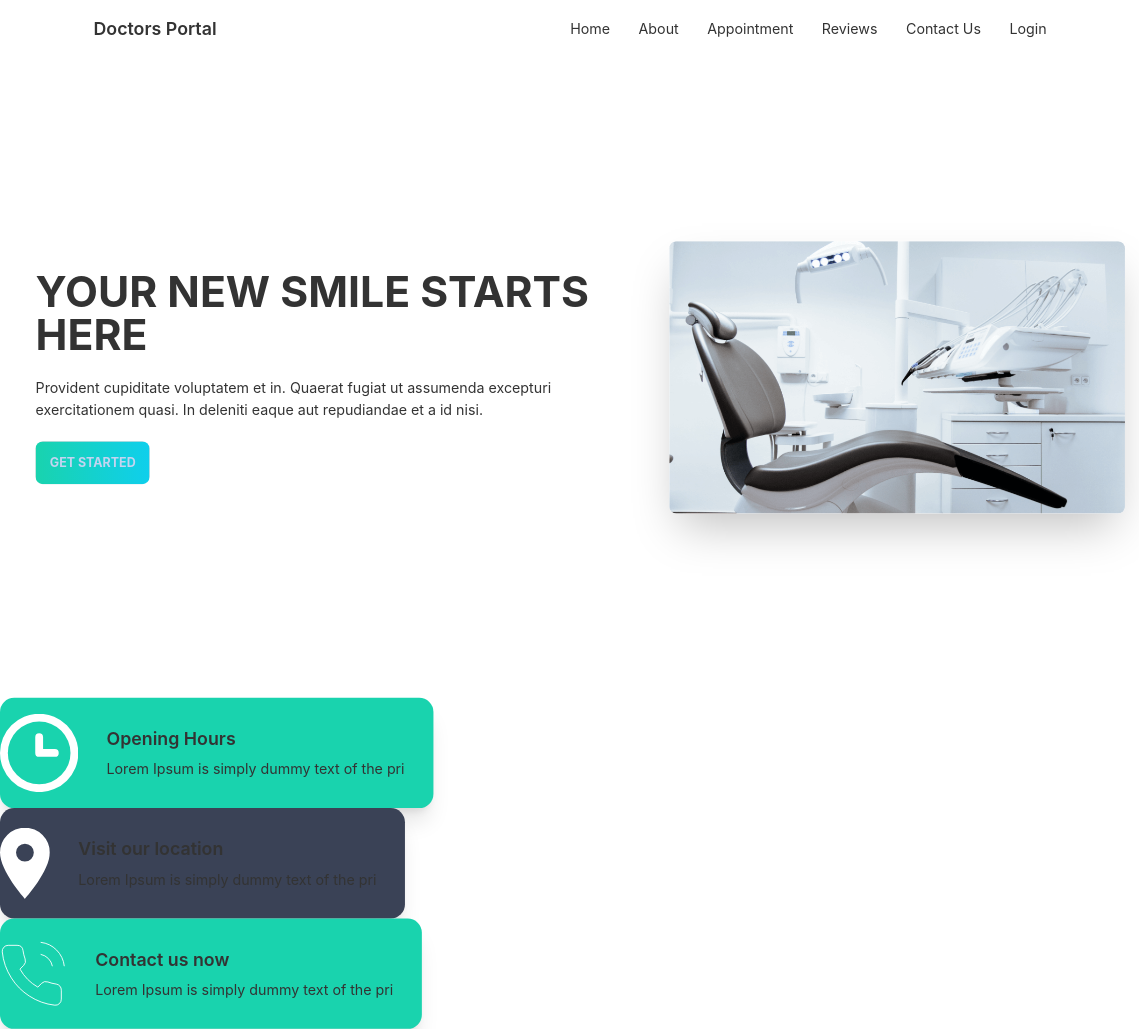
Repository: shikubro90/doctorsportal
Page: /
These files come from the project's save history. The page is drawn as it stood at one moment and after a run of saves; the edit follows.
The browser window is 1280 px wide. The pictures show the whole page, at 89% of full size.
The project was rebuilt for these pictures with package versions that can differ from the ones it lists, and the page was loaded fresh each time. Also part of the build but not shown: src/App.css, src/Pages/About/About.jsx.

Above is the page before, as saved 2022-09-28 16:55:28.

After the next 2 saves:
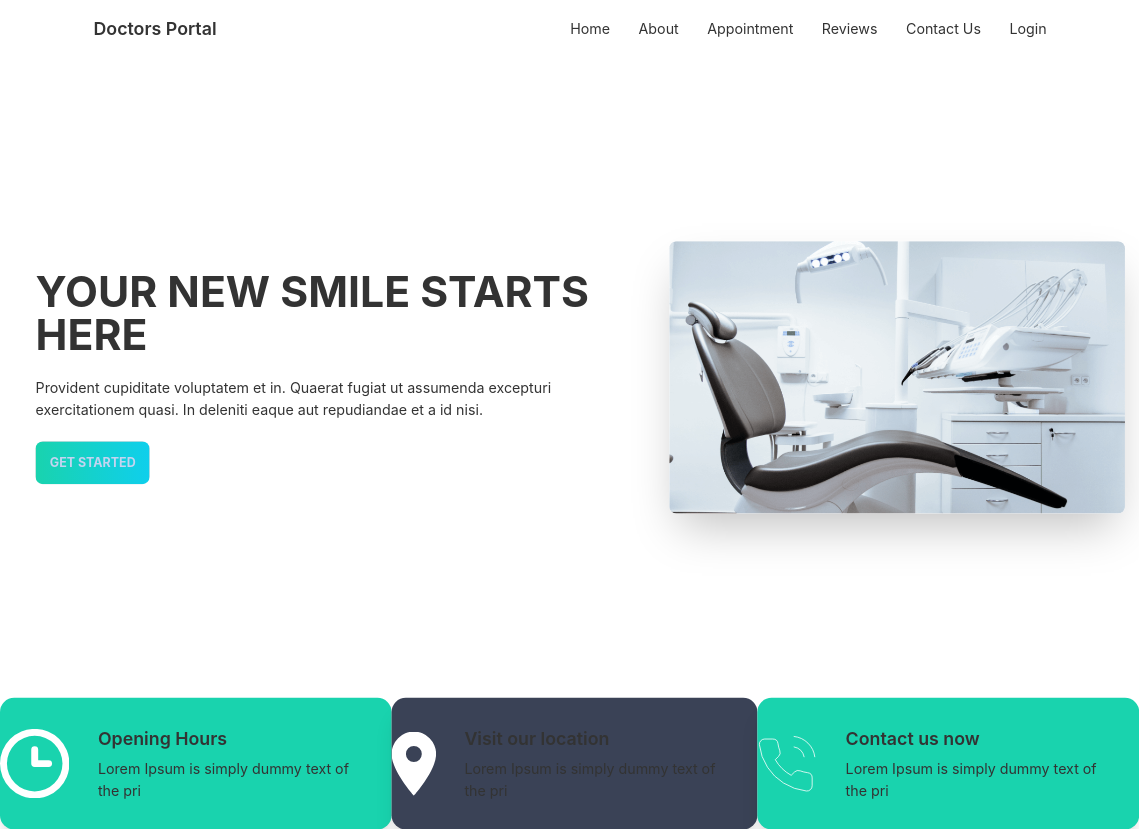
The 2 saves are shown as one change because they came seconds apart.
The last was saved 7 s later.
--- a/src/Pages/Home/BasicInfo.jsx
+++ b/src/Pages/Home/BasicInfo.jsx
@@ -3,7 +3,7 @@ import { miniCard } from '../../assets/resourse/Resourse.js'
 
 const BasicInfo = () => {
   return (
-    <div className="miniCardWrapper">
+    <div className="miniCardWrapper flex">
       {miniCard.map(({ id, icon, title, style, disc }) => {
         return (
           <MiniCard
